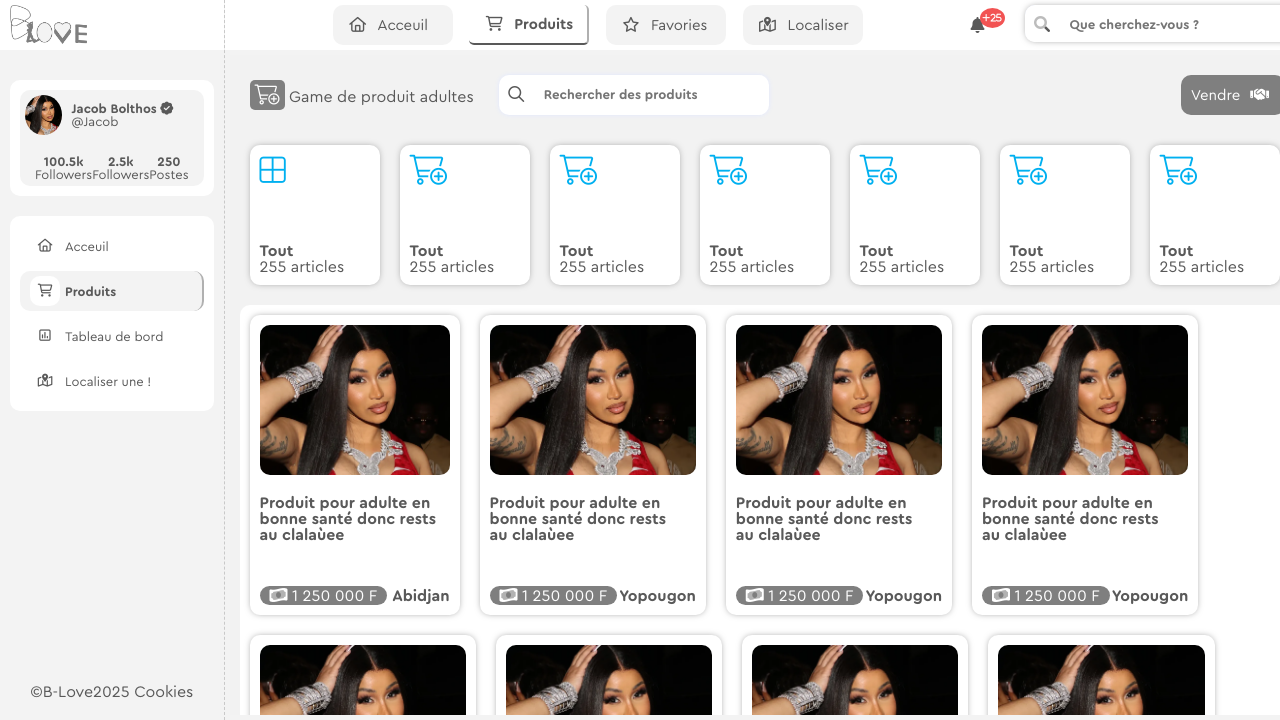
Repository: moomoony-log/b-love
Page: /home/product
The author's editor kept a copy of each file at every save. The page is drawn from the files as they stood at one save, then again after the next save.
The browser window is 1280 px wide. The pictures show the whole page.
The project was rebuilt for these pictures with package versions that can differ from the ones it lists, and the page was loaded fresh each time. Also part of the build but not shown: vite.config.ts, src/rules/legacy.tsx, src/rules/privacy.tsx, src/view/auth.tsx, src/view/main/acceuil.tsx, src/view/main/dashbord.tsx, src/view/main/info-account.tsx, src/view/main/account.tsx and 1 more.

Above is the page before, as saved 2025-10-02 17:11:23.

### index.html
<!--
        ?????????         ?????????        ???????????????????
        ????? ?????     ????? ?????      ??????????   ??????????
        ?????  ?????   ?????  ?????    ????????         ????????
        ?????   ????? ?????   ?????    ??????            ????????
        ?????    ?????????    ?????    ??????            ????????
        ?????      ?????      ?????    ???????          ????????
        ?????                 ?????     ?????????      ????????
        ?????                 ?????        ???????????????????
        ?????                 ?????         ????????????????

    TRAVAIL JUSQU'A CE QU'ON DISE QUE TU ES FRANC-MAÇON
    TRAVAIL JUSQU'A CE QU'ON DISE QUE TU ES FRANC-MAÇON
    TRAVAIL JUSQU'A CE QU'ON DISE QUE TU ES FRANC-MAÇON
-->
<!doctype html>
<html lang="en">
  <head>
    <meta charset="UTF-8">
    <meta name="viewport" content="width=device-width, initial-scale=1.0">
    <meta http-equiv="X-UA-Compatible" content="IE=edge">
    <!-- Inbuilt -->
    <link rel="shortcut icon" href="./img/logoloveb.png" type="image/x-icon">
    <!-- <link rel="stylesheet" href="./vendor/font-awesome-pro/css/all.css">  -->
    <!-- <link rel="stylesheet" href="./css/app.css">  -->
    <title>B!love</title>
  </head>
  <body id="index">
    <div id="main-container"></div>
    <script type="module" src="/src/main.tsx"></script>
  </body>
</html>

### src/main.tsx
import { StrictMode } from 'react'
import { createRoot } from 'react-dom/client'
import App from './app'

createRoot(document.getElementById('main-container')!).render(
  <StrictMode>
    <App />
  </StrictMode>
)

### src/app.tsx

import { createBrowserRouter, RouterProvider } from "react-router-dom";
import Legacy from "./rules/legacy";
import Privacy from "./rules/privacy";
import Main from "./view/main/main";
import Auth from "./view/auth";
import Acceuil from "./view/main/acceuil";
import Dashbord from "./view/main/dashbord";
import "../public/css/app.css"
import "../public/vendor/font-awesome-pro/css/all.css"
import InfoAccount from "./view/main/info-account";
import Account from "./view/main/account";
import BecomeToMember from "./view/main/becomeToMember";
import Product from "./view/main/product";

// import Auth from "./view/auth";

const router =  createBrowserRouter([
	{
		path:'/',
		element:<Auth/>
	},
	{
		path:'/legacy',
		element:<Legacy/>
	},
	{
		path:'/privacy',
		element:<Privacy/>
	},
	{
		path:'/home',
		element:<Main/>,
		children:[
			{
				path:'acceuil',
				element: <Acceuil/>
			},
			{
				path:'dashbord',
				element: <Dashbord/>,
			},
			{
				path: 'product',
				element: <Product/>
			},
			{
				path:'check',
				element: <div>Localisation</div>
			},
			{
				path:'client',
				element: <InfoAccount/>,
				children: [
					{
						path:'compte',
						element: <Account/>
					},
					{
						path:'devenir_membre',
						element: <BecomeToMember/>
					},

				]
			}

		]
	}
])

// --> POINT D'ENTREE DANS L'APP(INDEX --> AUTH)
function App() {
	return <RouterProvider router={router}/>
}

export default App

### src/view/main/product.tsx
import { useEffect, useRef } from "react"
import Input from "../../components/basic/input"
import Button from "../../components/basic/button"

const Product = () => {
    const productRef = useRef<HTMLDivElement>(null)

        useEffect(()=> {
            const parent = productRef.current?.parentElement
            if(parent) parent.setAttribute('data-name', 'product')
            return () => parent?.removeAttribute('data-name')
        }, [])

    return (
        <>
        <div className="products-head" ref={productRef}>
           <div>
                <span><i className="fa-light fa-cart-circle-plus"></i> Game de produit adultes</span>
                <Input icon="fa-regular fa-magnifying-glass" type="text" placeholder="Rechercher des produits" />
           </div>
           <Button children={false} to={false} type="button" name="Vendre" icon="fa-solid fa-handshake" border color="gray" />
        </div>
        <div className="product-category">
            <div className="category-item">
                <i className="fa-light fa-border-all"></i>
                <div>
                    <span>Tout</span>
                    <span>255 articles</span>
                </div>
            </div>
            <div className="category-item">
                <i className="fa-light fa-cart-circle-plus"></i>
                <div>
                    <span>Tout</span>
                    <span>255 articles</span>
                </div>
            </div>
            <div className="category-item">
                <i className="fa-light fa-cart-circle-plus"></i>
                <div>
                    <span>Tout</span>
                    <span>255 articles</span>
                </div>
            </div>
             <div className="category-item">
                <i className="fa-light fa-cart-circle-plus"></i>
                <div>
                    <span>Tout</span>
                    <span>255 articles</span>
                </div>
            </div>
             <div className="category-item">
                <i className="fa-light fa-cart-circle-plus"></i>
                <div>
                    <span>Tout</span>
                    <span>255 articles</span>
                </div>
            </div>
             <div className="category-item">
                <i className="fa-light fa-cart-circle-plus"></i>
                <div>
                    <span>Tout</span>
                    <span>255 articles</span>
                </div>
            </div>
             <div className="category-item">
                <i className="fa-light fa-cart-circle-plus"></i>
                <div>
                    <span>Tout</span>
                    <span>255 articles</span>
                </div>
            </div>
        </div>
        <div className="products-container">

            <div className="product-item">
                <div className="cont-account-img" data-name="product"><img src="../img/cardi_b.webp" alt="account-image"/></div>
                <span className="descrip">Produit pour adulte en bonne santé donc rests au clalaùee</span>
                <div className="detail">
                    <span><i className="fa-duotone fa-solid fa-money-bill-wave"></i> 1 250 000 F</span>
                    <span>Abidjan</span>
                </div>
            </div>
            <div className="product-item">
                <div className="cont-account-img" data-name="product"><img src="../img/cardi_b.webp" alt="account-image"/></div>
                <span className="descrip">Produit pour adulte en bonne santé donc rests au clalaùee</span>
                <div className="detail">
                    <span><i className="fa-duotone fa-solid fa-money-bill-wave"></i> 1 250 000 F</span>
                    <span>Yopougon</span>
                </div>
            </div>
            <div className="product-item">
                <div className="cont-account-img" data-name="product"><img src="../img/cardi_b.webp" alt="account-image"/></div>
                <span className="descrip">Produit pour adulte en bonne santé donc rests au clalaùee</span>
                <div className="detail">
                    <span><i className="fa-duotone fa-solid fa-money-bill-wave"></i> 1 250 000 F</span>
                    <span>Yopougon</span>
                </div>
            </div>
            <div className="product-item">
                <div className="cont-account-img" data-name="product"><img src="../img/cardi_b.webp" alt="account-image"/></div>
                <span className="descrip">Produit pour adulte en bonne santé donc rests au clalaùee</span>
                <div className="detail">
                    <span><i className="fa-duotone fa-solid fa-money-bill-wave"></i> 1 250 000 F</span>
                    <span>Yopougon</span>
                </div>
            </div>
            <div className="product-item">
                <div className="cont-account-img" data-name="product"><img src="../img/cardi_b.webp" alt="account-image"/></div>
                <span className="descrip">Produit pour adulte en bonne santé donc rests au clalaùee</span>
                <div className="detail">
                    <span><i className="fa-duotone fa-solid fa-money-bill-wave"></i> 1 250 000 F</span>
                    <span>Yopougon</span>
                </div>
            </div>
            <div className="product-item">
                <div className="cont-account-img" data-name="product"><img src="../img/cardi_b.webp" alt="account-image"/></div>
                <span className="descrip">Produit pour adulte en bonne santé donc rests au clalaùee</span>
                <div className="detail">
                    <span><i className="fa-duotone fa-solid fa-money-bill-wave"></i> 1 250 000 F</span>
                    <span>Yopougon</span>
                </div>
            </div>
            <div className="product-item">
                <div className="cont-account-img" data-name="product"><img src="../img/cardi_b.webp" alt="account-image"/></div>
                <span className="descrip">Produit pour adulte en bonne santé donc rests au clalaùee</span>
                <div className="detail">
                    <span><i className="fa-duotone fa-solid fa-money-bill-wave"></i> 1 250 000 F</span>
                    <span>Yopougon</span>
                </div>
            </div>
            <div className="product-item">
                <div className="cont-account-img" data-name="product"><img src="../img/cardi_b.webp" alt="account-image"/></div>
                <span className="descrip">Produit pour adulte en bonne santé donc rests au clalaùee</span>
                <div className="detail">
                    <span><i className="fa-duotone fa-solid fa-money-bill-wave"></i> 1 250 000 F</span>
                    <span>Yopougon</span>
                </div>
            </div>
            <div className="product-item">
                <div className="cont-account-img" data-name="product"><img src="../img/cardi_b.webp" alt="account-image"/></div>
                <span className="descrip">Produit pour adulte en bonne santé donc rests au clalaùee</span>
                <div className="detail">
                    <span><i className="fa-duotone fa-solid fa-money-bill-wave"></i> 1 250 000 F</span>
                    <span>Cocody</span>
                </div>
            </div>

        </div>

        </>
    )
}

export default Product

### src/components/basic/button.tsx
// --> BUTTON COMPONENTS

import { forwardRef } from "react"
import { NavLink, useLocation } from "react-router-dom";

interface buttonProps {
    type: 'submit' | 'button',
    name?: string,
    icon?:string,
    color?: string,
    outline?: string,
    small?: 'small' | 'small-1' | 'small-2' | 'small-3',
    navigate?: string,
    children: boolean,
    border?: boolean,
    to: string | false,
    inner?:string,
    disable?:boolean,
    onclick?: () => unknown
}

const Button = forwardRef<HTMLButtonElement, buttonProps>(
  ({ name, icon, color, outline, small, navigate, inner, disable, children,border, to, onclick }, ref) => {
    const location = useLocation()
    return (
      <button
        ref={ref}
        type="button"
        className="ui-btn"
        name={name}
        color={color}
        {...(outline ? { "data-outline": "" } : {})}
        {...(disable ? { disabled: true } : {})}
        {...(navigate ? { "data-navigate": "" } : {})}
        {...(inner ? { "data-inner": "" } : {})}
        {...(small ? { "data-size" : small} : {})}
        {...(border ? { "data-border": "" } : {})}
        {...(to && location.pathname === to ? { "data-active": "" } : {})}
        onClick={onclick}
      >
        { (!children && !to ) && name } { icon && (!children && !to ) && <i className={icon}></i> }

        { (children && to) && <NavLink to={to}>  <i className={icon}></i>  {name} </NavLink> }

      </button>
    );
  }
);

export default Button

### public/css/config/config.css
/* Style global de configuration */

/* Police d'ecriture */
/* Cera */
@font-face{
    font-family: 'Cera';
    src: url('../../font/cera-round-pro/CeraRoundPro-Bold.otf');
    font-weight: bold;
}
@font-face {
    font-family: 'Cera';
    src: url('../../font/cera-round-pro/CeraRoundPro-Regular.otf');
    font-weight: normal;
}

/* body{
    display: flex !important;
    padding: 5px;
    height: 100%;
    width: 100%;
    position: absolute;
    top: 0;
    left: 0;
    overflow: hidden;
} */
body *{
    box-sizing: border-box;
    font-family: 'Cera', sans-serif;
    font-weight: bold;
}

button:focus, input:focus, textarea:focus, select:focus {
    outline: none;
}

button {
    cursor: pointer;
    border: none;
}

h1, h2, h3, h4, h5, p {
    color: inherit;
    margin: 0;
    padding: 0;
    text-decoration: inherit;
}

img{
    height: inherit;
    max-width: 100%;
}

### public/css/component/components.css
 /* Imporation des dependances */
 @import url('input.css');
 @import url('button.css');
 @import url('img.css');
 @import url('notification.css');
 @import url('loader.css');
 @import url('table.css');
 @import url('./modals/modal.css');

 @keyframes text{
    0%{
        transform: translateX(100%);
    }
    100%{
        transform: translateX(-100%);
    }
 }

### public/css/views.css
/* --> Css relative à toutes les vues communes  */
@import url('views/auth.css');
@import url('views/legacy.css');
@import url('views/privacy.css');

### public/css/animation.css
@keyframes reotateInner {
    from {
       transform: rotate(0);
    }
    to{
       transform: rotate(180deg);
    }
 }
 @keyframes Online {
    0%, 100% {
       transform: scale(1.5);
       opacity: 1;

    }
    50% {
       transform: scale(0.5);
       /* opacity: 0.5; */
    }
 }
  @keyframes Online2 {
    0%, 100% {
       opacity: 1;

    }
    50% {
       opacity: 0.5;
    }
 }
 @keyframes spin {
   0%{
      transform: rotate(0deg);
   }
   100%{
      transform: rotate(360deg);
   }

 }
  @keyframes opa {
   0%{
      opacity: .4;
   }
   100%{
      opacity: 1;
   }

 }

### public/css/utils/utils.css
@import url('variable.css');
@import url('helper.css');

### public/css/utils/variable.css
/* Variables */
:root{
    --color-white: #ffffff;
    --color-gray-soft: #F6F8FA;
    --color-gray-medium: #b0b0b0;
    --color-gray-hard: #595959;
    --color-gray-hard-1: #7f7f7f;
    /* --color-gray-hard-3: #d4d2d246; */
    --color-gray-hard-3: #f2f2f2e7;
    --color-gray-hard-5: #f2f2f2;
    --color-gray-hard-4: #5959592f;
    --color-blue-lite: #dbf5ff;
    --color-blue-soft: #00B0F0;
    --color-blue-soft-2: #9ab9dc;
    --color-blue-hard: #2A6EBB;
    --color-green-lite: #aefecf;
    --color-green-lite-2: #80d6a4;
    --color-green-hard: #41cf7c;
    --color-red-lite: #ffcdcd;
    --color-red-soft: #f58e8e;
    --color-red-hard: #f25353;
    --shadow-one: 0 0 5px #eee;
    --shadow-two: 0 0 5px #84b1c3;
    --shadow-3: 0 0 4px #bababa;
    --bezier-1: cubic-bezier(0.68, -0.55, 0.27, 1.55);
}

### public/css/utils/helper.css
/* cool-scroll-bar */
.cool-scroll-bar::-webkit-scrollbar{
    width: 3px;
    height: 3px;
    border-radius: 50px !important;
    background-color: var(--color-gray-soft);
    box-shadow: 0 0 5px var(--color-gray-soft);
}
.cool-scroll-bar::-webkit-scrollbar-thumb{
    background-color: var(--color-gray-medium);
    border-radius: 50px !important;
}

### public/css/views/legacy.css
.legacy {
    z-index: 10;
    height: 100%;
    padding: 20px;
    overflow: auto;
}
.legacy p{
    font-size: 40px;
}

### public/css/views/privacy.css
.privacy {
    z-index: 10;
    height: 100%;
    padding: 20px;
    overflow: auto;
}
.privacy p{
    font-size: 40px;
}

### public/css/component/loader.css

/* CSS DU COMPOSANT DE CHRAGEMENT */
#loader{
    position: absolute;
    display: flex;
    flex-direction: column;
    width: 100%;
    gap: 10px;
    height: 100%;background-color: rgba(255, 255, 255, 0.744);
    justify-content: center;
    align-items: center;
    z-index: 1000;
}

#loader .spinner{
    height: 60px;
    width: 60px;
    display: flex;
    justify-content: center;
    align-items: center;
    position: relative;
    animation: spin 2s linear infinite;
}
#loader .spinner::before{
    content: '';
    height: 100%;
    width: 100%;
    position: absolute;
    border-radius: 50%;
    border: solid 4px var(--color-gray-hard-3);
}
#loader .spinner::after{
    content: '';
    height: 100%;
    width: 100%;
    position: absolute;
    border-radius: 50%;
    border: solid 4px transparent;
    border-left-color:var(--color-gray-hard-1);
    animation: spin 0.8s linear infinite, opa 0.8s ease-in-out infinite alternate-reverse;
}
#loader img{
    width: 95px;
    height: 50px;
}
#loader i{
    font-size: 20px;
}
#loader .i{
   background-color: var(--color-gray-hard-);
   padding: 7px;
   display: flex;
   align-items: center;
   justify-content: center;
   border-radius: 5px;
}

### public/css/component/table.css
.infos-personnels[data-name="statut"] .availability table{
    border-collapse: collapse;
    width: 100%;
    background-color: var(--color-white);
    text-align: center;
    font-size: 13px;
}
.availability table th,
.availability table td{
    height: 40px;
    padding: 3px;
}
.availability table td:last-child{
    text-align: right;
}
.availability table tbody tr:hover{
    background-color: var(--color-gray-hard-3);
}

.cont-my-post table{
    width: 100%;
    border-spacing: 0 5px;
    background-color: var(--color-white);
    text-align: center;
    padding: 5px;
    border-radius: 5px;
}
.cont-my-post table tbody td:last-child button{
    background-color: white;
    margin-left: 5px;
}
.cont-my-post table tbody tr:hover td{
    background-color: var(--color-white);
}
.cont-my-post table tbody tr:hover td:last-child button{
    background-color: var(--color-gray-hard-3);
}

.cont-my-post table tbody td{
    padding: 5px;
    background-color: var(--color-gray-hard-3);
    font-weight: lighter;
    margin: 10px;
}
.cont-my-post table tbody td:last-child{
    text-align: right;
}


@media (max-width: 855px) {
    .cont-my-post table{
        font-size: 12px;
    }
    .cont-my-post table tbody td:last-child{
        display: flex;
        flex-direction: column;
        margin: 0;
        gap: 5px;
    }
}

@media (max-width: 355px) {
    .cont-my-post table tbody td:last-child{
        font-size: 11px;
    }
}

### public/css/component/modals/modal.css
/* @import url('./modals/registration.css'); */
@import url('./publication.css');
@import url('./confirm.css');

#modals .modal{
    position: fixed;
    display: none;
    align-items: center;
    left: 0;
    top: 0;
    justify-content: center;
    height: 100%;
    width: 100%;
    background-color: #262f4ae8;
    z-index: 1000;
    transition: opacity .6s ease-in-out;
    animation: show-modal .5s ease-in-out;
 }
 .modal .box{
    background-color:var(--color-gray-soft);
    min-width: 300px;
    max-width: 1300px;
    min-height: 270px;
    box-shadow: 0 0 5px 0px #263b80;
    padding: 10px;
    border-radius: 15px;
    opacity: 1;
    transform: scale(.9);
    flex-direction: column;
    gap: 10px;
    animation: show-box .6s ease-in-out forwards;
 }

 .modal:active .box{
    animation: show-box .6s ease-in-out forwards, show-cont .1s ease-in-out;
 }
 /* Animation > Affichage > Masquage */
  .modal[show]{
    display: flex !important;
 }
 .modal[show] .box{
   display: flex !important;
 }
 .modal[hide]{
    opacity: 0;
 }
 .modal[hide] .box{
    animation: hide-box .5s ease-in-out forwards;
 }
.modal .box .modal-head{
   height: 30px;
   display: flex;
   padding: 0 5px;
   justify-content: space-between;
   align-items: center;
 }
.box .modal-head .title i{
   height: 25px;
   width: 25px;
   line-height: 25px;
   text-align: center;
   border-radius: 5px;
   color: var(--color-white);
   background-color: var(--color-gray-hard-1);
 }
.box .modal-head .exit i{
   color: var(--color-red-hard);
   cursor: pointer;
}
.modal .box .body{
   min-height: 200px;
   border-radius: 10px;
   padding: 5px;
}
.modal .box .controler{
   width: 100%;
   display: flex;
   justify-content: space-between;
 }

### public/css/component/modals/publication.css
.modal[name="publication"] .box .body{
   display: flex;
   background-color: var(--color-white);
}

### public/css/component/modals/confirm.css
.modal[name="confirm"] .box .body{
   display: flex;
   background-color: var(--color-white);
   display: flex;
   flex-direction: column;
   justify-content: center;
   align-items: center;
   position: relative;
}
.modal[name="confirm"] .box .body::after{
    content: '';
    height: 100%;
    width: 100%;
    border-radius: 10px;
    position: absolute;
    animation: Online2 1s ease-in-out infinite;
}
.modal[name="confirm"] .box .body .icon{
    height: 75px;
    width: 75px;
    font-size: 50px;
    line-height: 75px;
    text-align: center;
    border-radius: 10px;
    margin-bottom: 5px;
}
.modal[name="confirm"] .box .body .title{
    font-size: 20px;
    margin-bottom: 20px;
}
.modal[name="confirm"] .box .body .confirm-text{
    font-weight: lighter;
}

.modal[name="confirm"] .box .body[type="exit"]::after{
    background-color: rgba(255, 17, 17, 0.066);
}
.modal[name="confirm"] .box .body[type="exit"] .icon{
    box-shadow: 0 0 7px -4px var(--color-red-hard);
    background-color: var(--color-red-lite);
    color: var(--color-red-soft);
}
.modal[name="confirm"] .box .body[type="exit"] .title{
    color: var(--color-red-soft);
}

.modal[name="confirm"] .box .body[type="good"]::after{
    background-color: rgba(17, 184, 255, 0.077);
}
.modal[name="confirm"] .box .body[type="good"] .icon{
    box-shadow: 0 0 7px -4px var(--color-blue-hard);
    background-color: var(--color-blue-lite);
    color: var(--color-blue-soft);
}
.modal[name="confirm"] .box .body[type="good"] .title{
    color: var(--color-blue-soft);
}

### src/utils/utils.ts
class Utils {

    static emailValidation(email: string) : boolean {
        const emailRegex :RegExp = /^[^\s@]+@[^\s@]+\.[^\s@]+$/
        return emailRegex.test(email)
    }

    static inputValue(value: string, minLenght: number) : boolean {
        const inputRegex :RegExp = /^[A-Za-zÀ-ÖØ-öø-ÿ\s]+$/

        if (value.length > minLenght && inputRegex.test(value)) return inputRegex.test(value)
        else return false
    }

    static passwordValidation = (value: string):boolean => {
        const passwordRegex: RegExp = /^(?=.*?[A-Z])(?=.*?[a-z])(?=.*?[0-9])(?=.*?[#?!@$%^&*-]).{8,}$/g
        if (passwordRegex.test(value)) return true
        else return false
    }

    static otpValidation = (value: string):boolean => {
        const otpRegex : RegExp = /^[0-9]+$/gm
        if(otpRegex.test(value) && value.length === 1) return true
        else return false
    }

}

export default Utils

Loaded but not shown: public/vendor/font-awesome-pro/css/all.css (library); public/css/app.css (2269 lines, source omitted); src/view/main/main.tsx (179 lines, source omitted); src/components/basic/input.tsx (178 lines, source omitted); public/css/views/auth.css (265 lines, source omitted); public/css/component/input.css (225 lines, source omitted); public/css/component/button.css (210 lines, source omitted); public/css/component/notification.css (126 lines, source omitted); public/css/component/img.css (128 lines, source omitted)

After the next save:
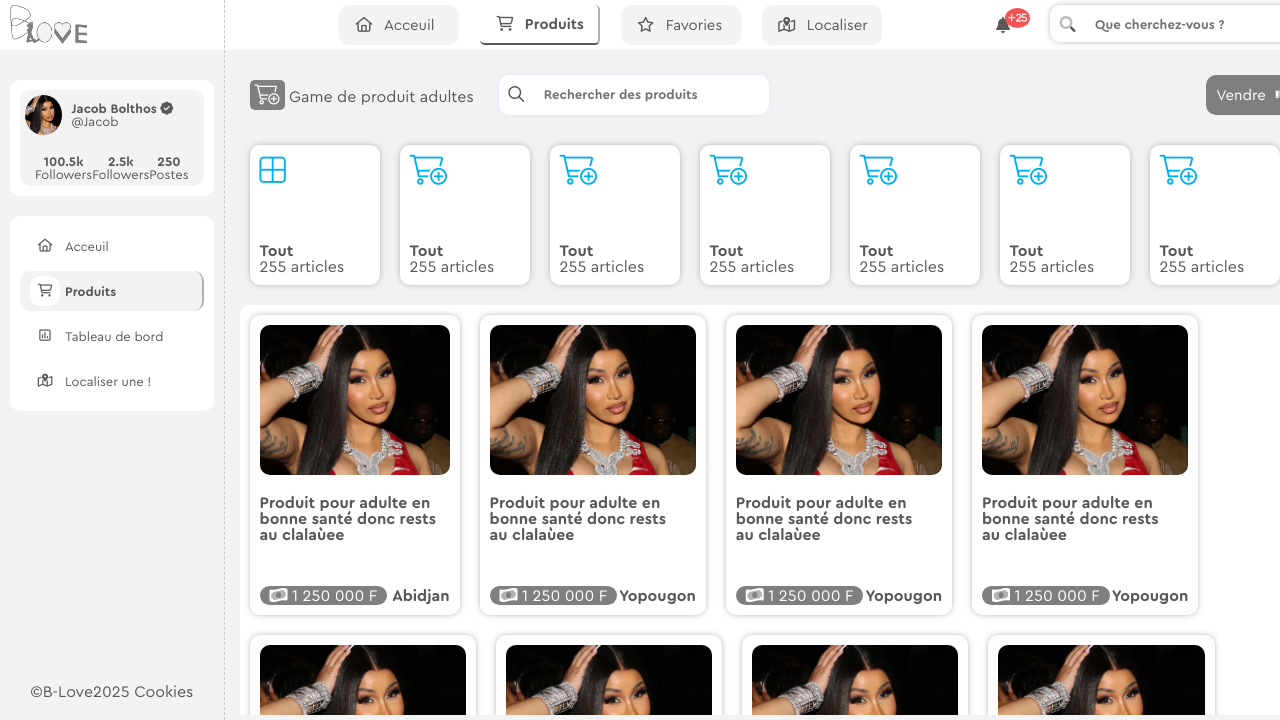
Saved 65 s later.
--- a/src/view/main/product.tsx
+++ b/src/view/main/product.tsx
@@ -69,6 +69,9 @@ const Product = () => {
                     <span>Tout</span>
                     <span>255 articles</span>
                 </div>
+            </div>
+            <div className="bonus">
+                f
             </div>
         </div>
         <div className="products-container">
